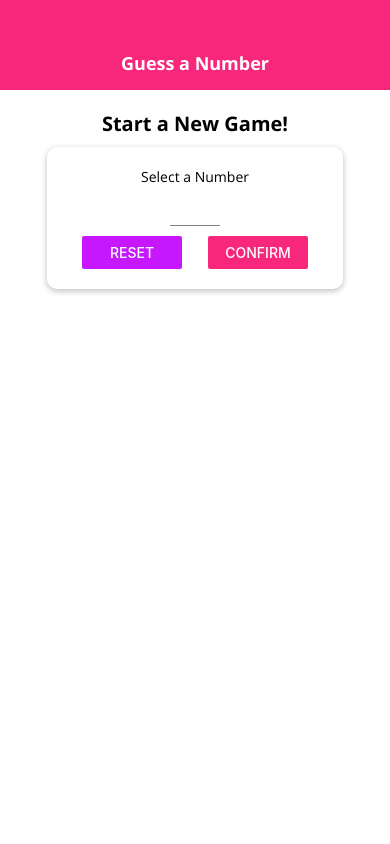
Repository: jes-wd/rn-num-guess
Screen: /
These files come from the project's save history. The screen is drawn as it stood at one moment and after the next save; the edit follows.
The app was drawn by React Native's web renderer in a window 390 px wide. The project was rebuilt for these pictures with package versions that can differ from the ones it lists, and the page was loaded fresh each time. Some packages were replaced by stand-ins written for this rebuild. Also part of the build but not shown: components/NumberContainer.js, screens/GameScreen.js.

Above is the screen before, as saved 2020-03-26 22:37:47.

After the next save:
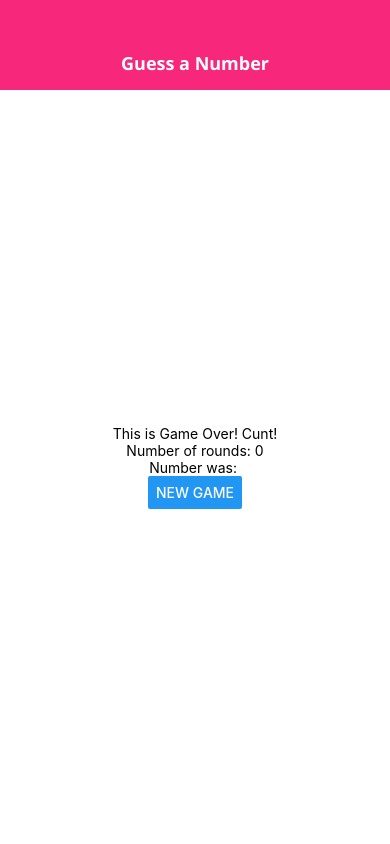
Saved 10 min 17 s later.
--- a/App.js
+++ b/App.js
@@ -44,6 +44,7 @@ export default function App() {
   };
 
   let content = <StartGameScreen onStartGame={startGameHandler} />;
+  content = <GameOverScreen roundsNumber={guessRounds} userNumber={userNumber} onRestart={configureNewGameHandler} />;
 
   if (userNumber && guessRounds <= 0) {
     content = <GameScreen userChoice={userNumber} onGameOver={gameOverHandler} />;
